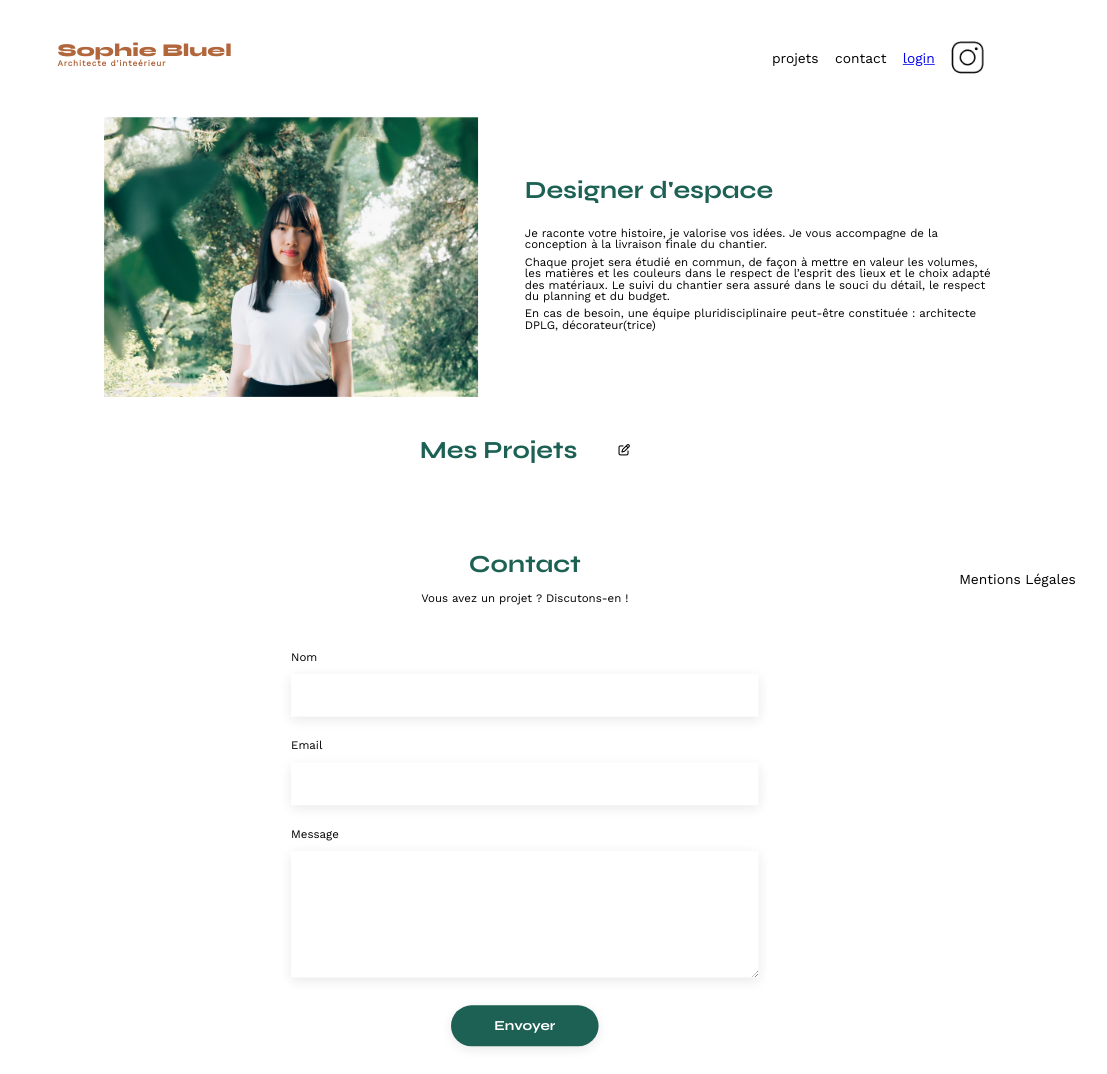
Repository: ByteVoyageur/OC-P6
Page: FrontEnd/index.html
These files come from the project's save history. The page is drawn as it stood at one moment and after the next save; the edit follows.
The browser window is 1280 px wide. The page is 1350 px wide, so the pictures cover 1350 px, including what lies to the right of the window. The pictures show the whole page, at 82% of full size.
The page's requests for data from a server got no answer.

Above is the page before, as saved 2023-10-20 21:37:50.
Console error: TypeError: Cannot read properties of null (reading 'addEventListener')

After the next save:
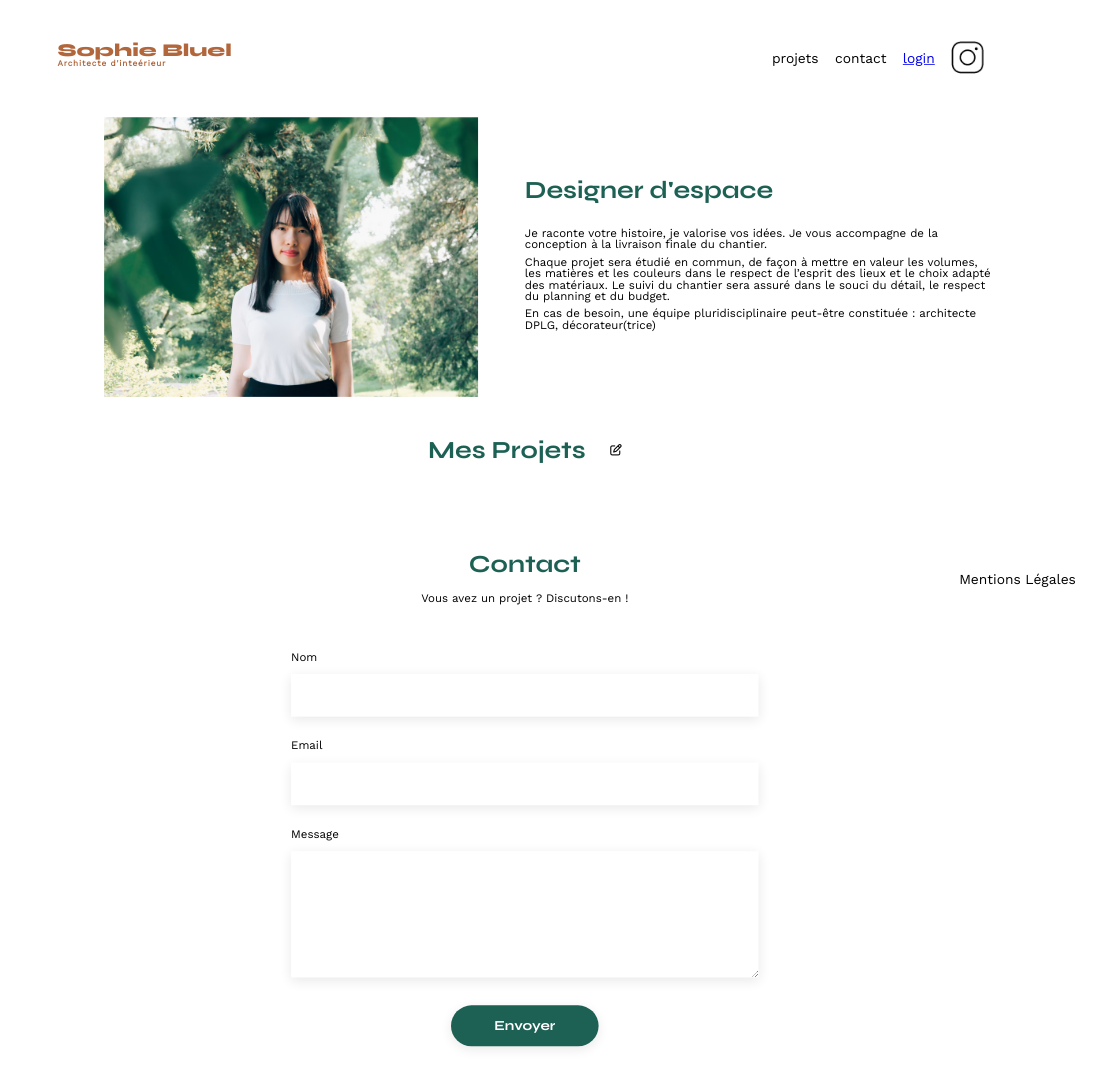
Saved 16 s later.
--- a/FrontEnd/assets/css/style.css
+++ b/FrontEnd/assets/css/style.css
@@ -220,7 +220,6 @@ li:hover {
   align-items: center;
   justify-content: center;
   margin-bottom: 30px;
-  gap: 20px;
 }
 
 #portfolio-header i {
